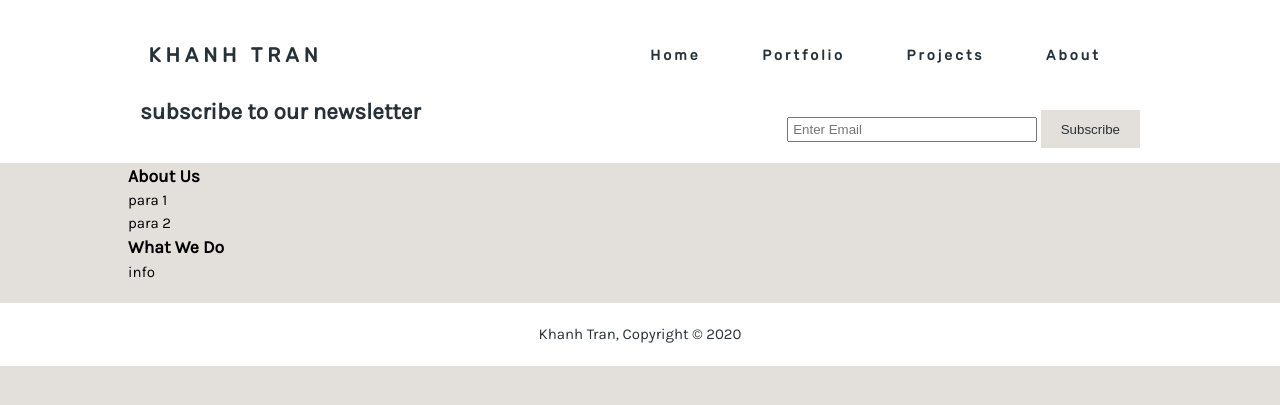
Repository: KTPo/KTPo.github.io
Page: portfolio.html
The author's editor kept a record of every edit. The page is drawn from the files as they stood at one moment, then again after the next edit.
The browser window is 1280 px wide. The pictures show the whole page.

Above is the page before.

After the next edit:
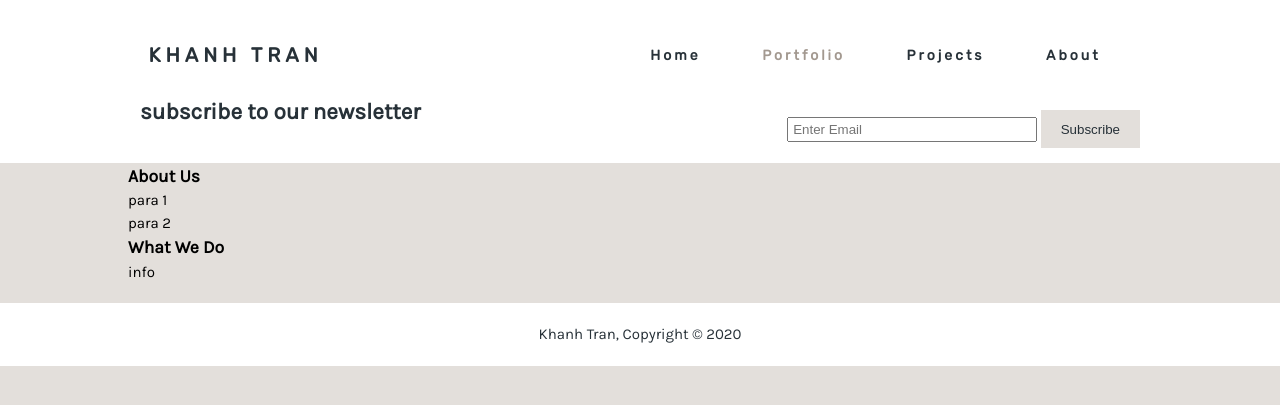
The edit:
--- a/portfolio.html
+++ b/portfolio.html
@@ -24,7 +24,7 @@
                 </div>
                 <ul class = "nav-links">
                     <li><a href = "index.html">Home</a></li>
-                    <li><a href = "portfolio.html">Portfolio</a></li>
+                    <li class = "active"><a href = "portfolio.html">Portfolio</a></li>
                     <li><a href = "projects.html">Projects</a></li>
                     <li><a href = "about.html">About</a></li>
                 </ul>
